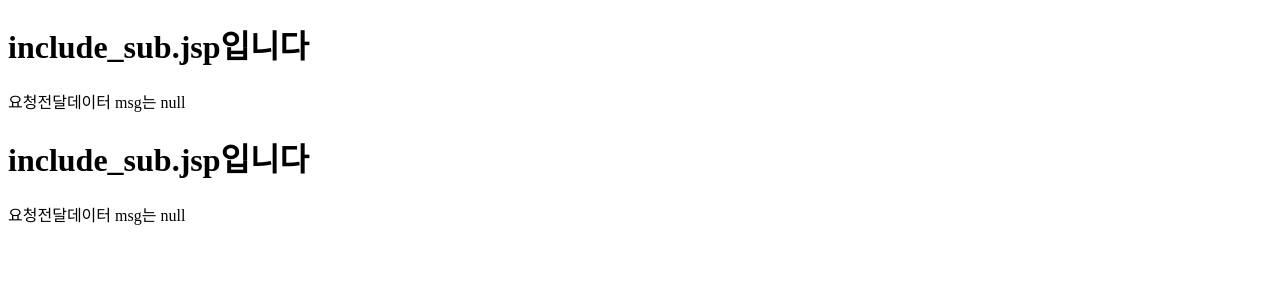
Repository: devfuturo/kosta_web
Page: http://localhost/back/jsp/include.jsp
The author's editor kept a copy of each file at every save. The page is drawn from the files as they stood at one save, then again after the next save.
The browser window is 1280 px wide. The pictures show the whole page.
The page is served by Tomcat 9. Other server files are loaded and not shown.

Above is the page before, as saved 2022-06-16 06:22:59.

### back/src/main/webapp/jsp/include.jsp
<%@ page language="java" contentType="text/html; charset=UTF-8"
    pageEncoding="UTF-8"%>
<!DOCTYPE html>
<html>
<head>
<meta charset="UTF-8">
<title>include.jsp</title>
</head>
<body>
<div>
	<%@include file="include_sub.jsp" %>
</div>
<div>
	<jsp:include page="include_sub.jsp"></jsp:include>
</div>
</body>
</html>

### back/src/main/webapp/jsp/include_sub.jsp
<%@ page language="java" contentType="text/html; charset=UTF-8"
    pageEncoding="UTF-8"%>
<h1>include_sub.jsp입니다</h1>
요청전달데이터 msg는 <%=request.getParameter("msg")%>

After the next save:
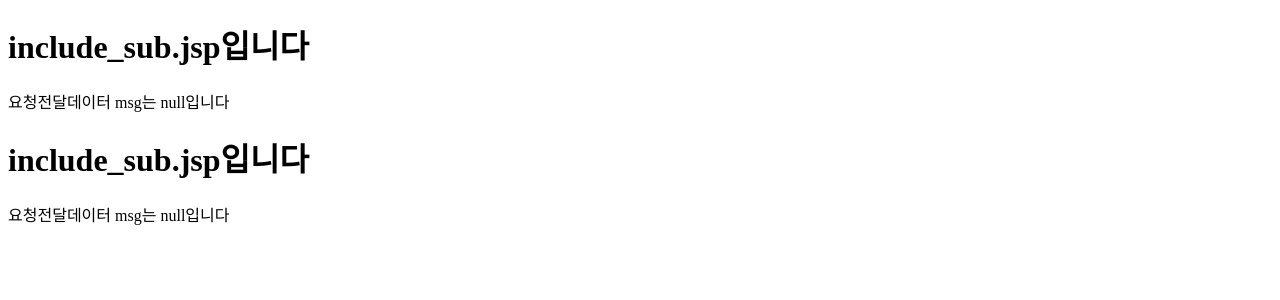
Saved 69 s later.
--- a/back/src/main/webapp/jsp/include_sub.jsp
+++ b/back/src/main/webapp/jsp/include_sub.jsp
@@ -1,4 +1,4 @@
 <%@ page language="java" contentType="text/html; charset=UTF-8"
     pageEncoding="UTF-8"%>
 <h1>include_sub.jsp입니다</h1>
-요청전달데이터 msg는 <%=request.getParameter("msg")%>
+요청전달데이터 msg는 <%=request.getParameter("msg")%>입니다
